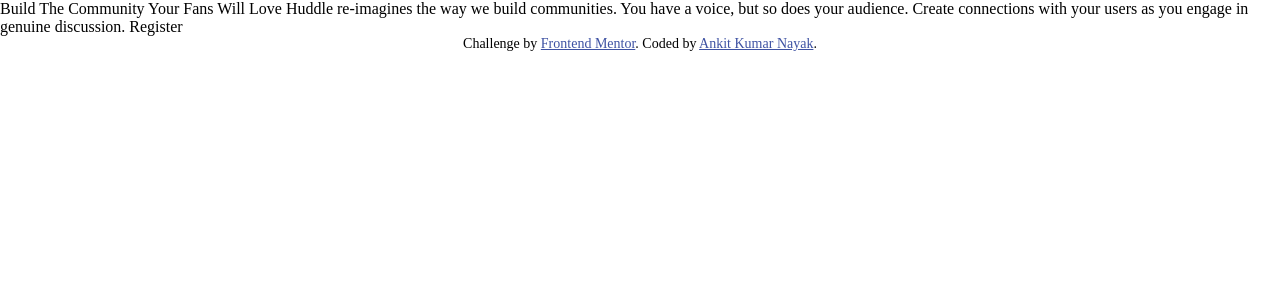
Repository: ankitnayak09/FrontEndMentor-Solutions
Page: huddle-landing-page-with-single-introductory-section-master/index.html
These files come from the project's save history. The page is drawn as it stood at one moment and after a run of saves; the edit follows.
The browser window is 1280 px wide. The pictures show the whole page.

Above is the page before, as saved 2021-07-07 18:15:30.

After the next 2 saves:
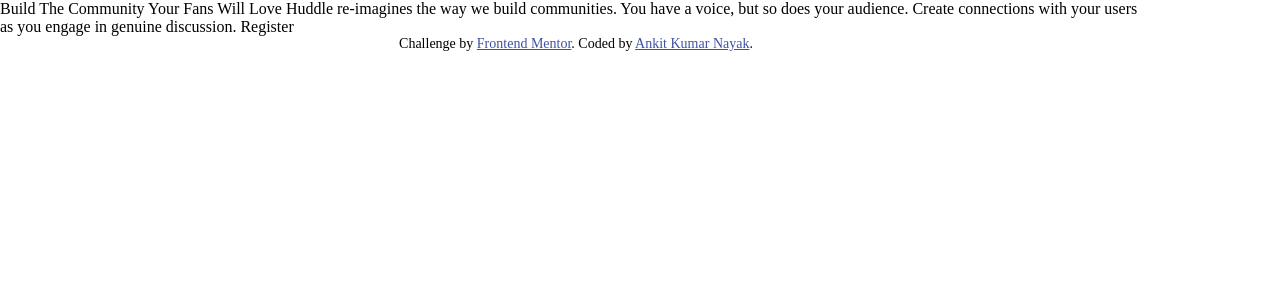
The 2 saves are shown as one change because they came seconds apart.
The last was saved 17 s later.
--- a/huddle-landing-page-with-single-introductory-section-master/style.css
+++ b/huddle-landing-page-with-single-introductory-section-master/style.css
@@ -6,5 +6,5 @@
 
 .container {
     height: 100vh;
-    width: ;
+    width: 90vw;
 }
